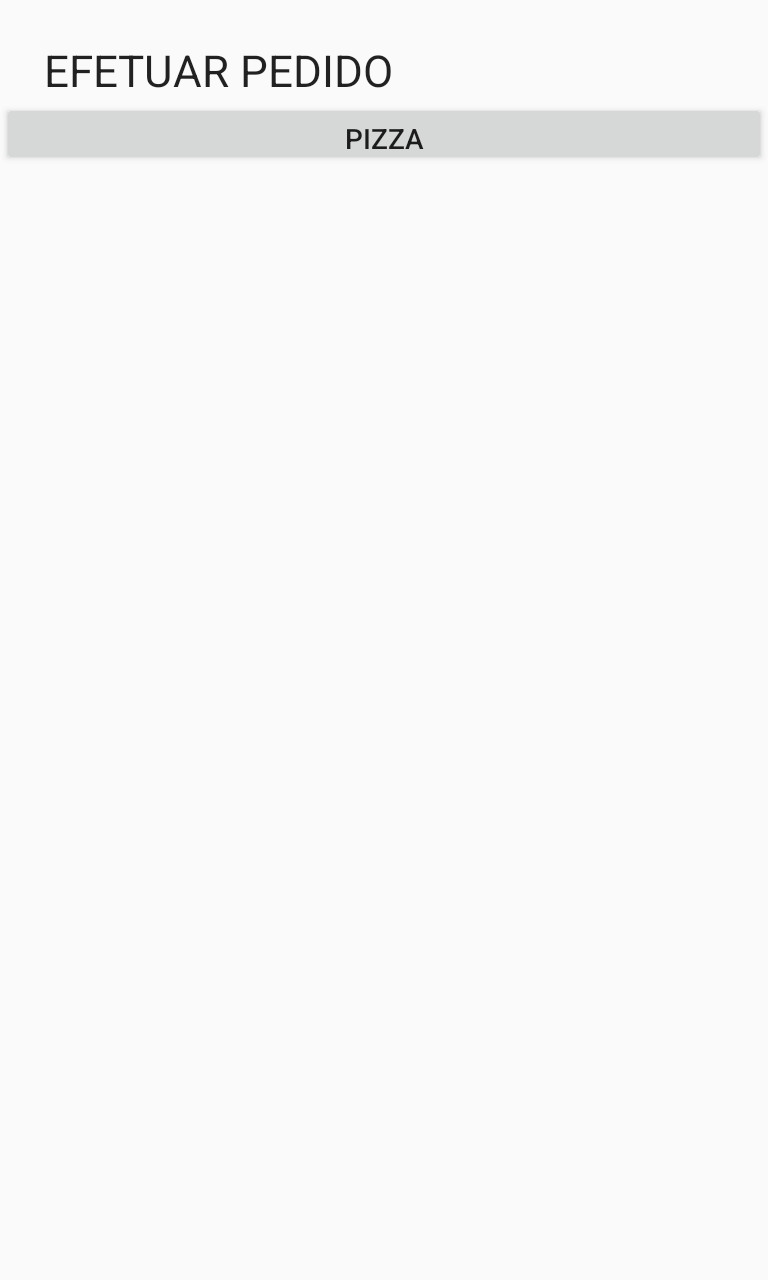
Repository: LucasSampaio/SysPizza-PSI
Layout: CodigoFonte/MOBILE/SysPizza/res/layout/activity_efetuar_pedidos.xml
The author's editor kept a copy of each file at every save. The layout is drawn from the files as they stood at one save, then again after the next save.
It is drawn on a 768 x 1280 px phone screen (xhdpi) without system bars, with theme AppTheme; the app's code is not run.

Above is the layout before, as saved 2014-09-25 13:45:11.

### CodigoFonte/MOBILE/SysPizza/res/layout/activity_efetuar_pedidos.xml
<?xml version="1.0" encoding="utf-8"?>
<RelativeLayout xmlns:android="http://schemas.android.com/apk/res/android"
    android:layout_width="match_parent"
    android:layout_height="match_parent" >

    <TextView
        android:id="@+id/textView1"
        android:layout_width="wrap_content"
        android:layout_height="wrap_content"
        android:layout_alignParentLeft="true"
        android:layout_alignParentTop="true"
        android:layout_marginLeft="22dp"
        android:layout_marginTop="20dp"
        android:text="EFETUAR PEDIDO"
        android:textAppearance="?android:attr/textAppearanceLarge" />

    <Button
        android:id="@+id/btPizzaEfetuarPedido"
        android:layout_width="fill_parent"
        android:layout_height="35dp"
        android:layout_alignParentLeft="true"
        android:layout_below="@+id/textView1"
        android:text="Pizza" />

</RelativeLayout>

Loaded but not shown: CodigoFonte/MOBILE/SysPizza/res/values/styles.xml (common file); CodigoFonte/MOBILE/SysPizza/res/values-v11/styles.xml (common file); CodigoFonte/MOBILE/SysPizza/res/values-v14/styles.xml (common file)

After the next save:
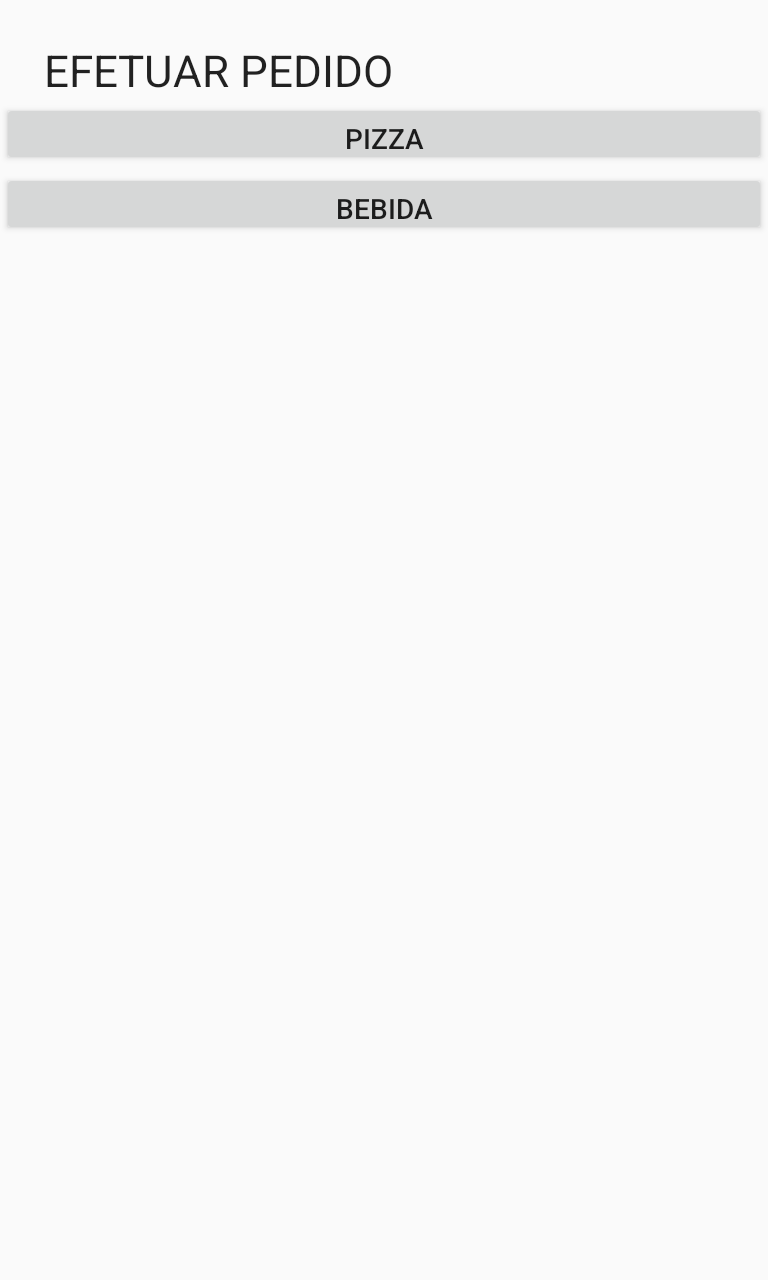
Saved 30 s later.
--- a/CodigoFonte/MOBILE/SysPizza/res/layout/activity_efetuar_pedidos.xml
+++ b/CodigoFonte/MOBILE/SysPizza/res/layout/activity_efetuar_pedidos.xml
@@ -22,4 +22,12 @@
         android:layout_below="@+id/textView1"
         android:text="Pizza" />
 
+    <Button
+        android:id="@+id/btBebidaEfetuarPedido"
+        android:layout_width="fill_parent"
+        android:layout_height="35dp"
+        android:layout_alignParentLeft="true"
+        android:layout_below="@+id/btPizzaEfetuarPedido"
+        android:text="Bebida" />
+
 </RelativeLayout>
